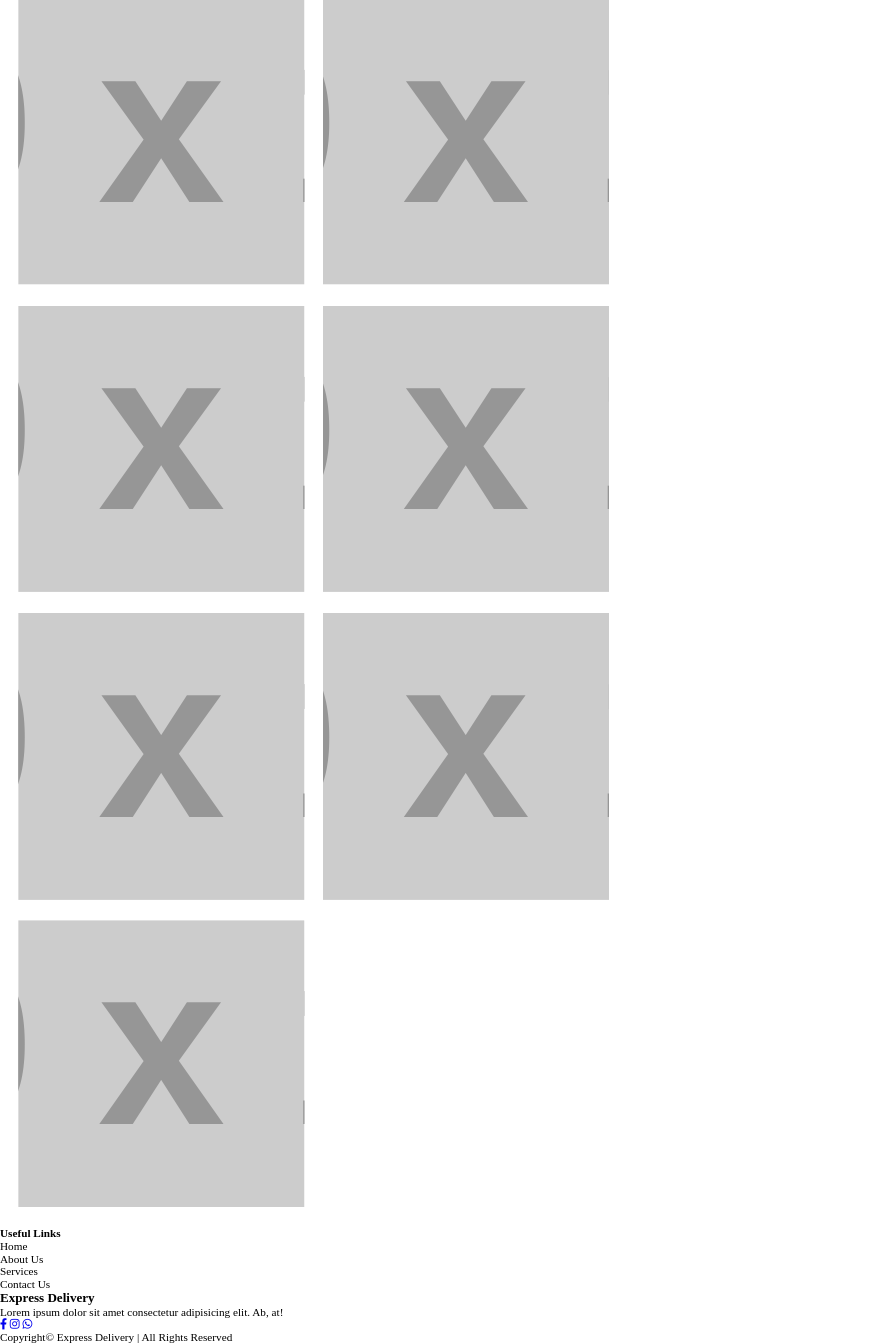
Repository: just-mann/express-delivery
Page: index.html
An editor plug-in stored every save of this project. The page is shown before and after the next save, followed by the edit.
The browser window is 1280 px wide. The pictures show the part of the page from y = 2871 to 4791 px (the page is 4791 px tall before and 4352 px after), at 70% of full size.
The style sheet was rebuilt from its Sass, Less or Tailwind sources for each picture, by a compiler version that may differ from the author's.

Above is the page before, as saved 2021-06-30 15:13:11.

After the next save:
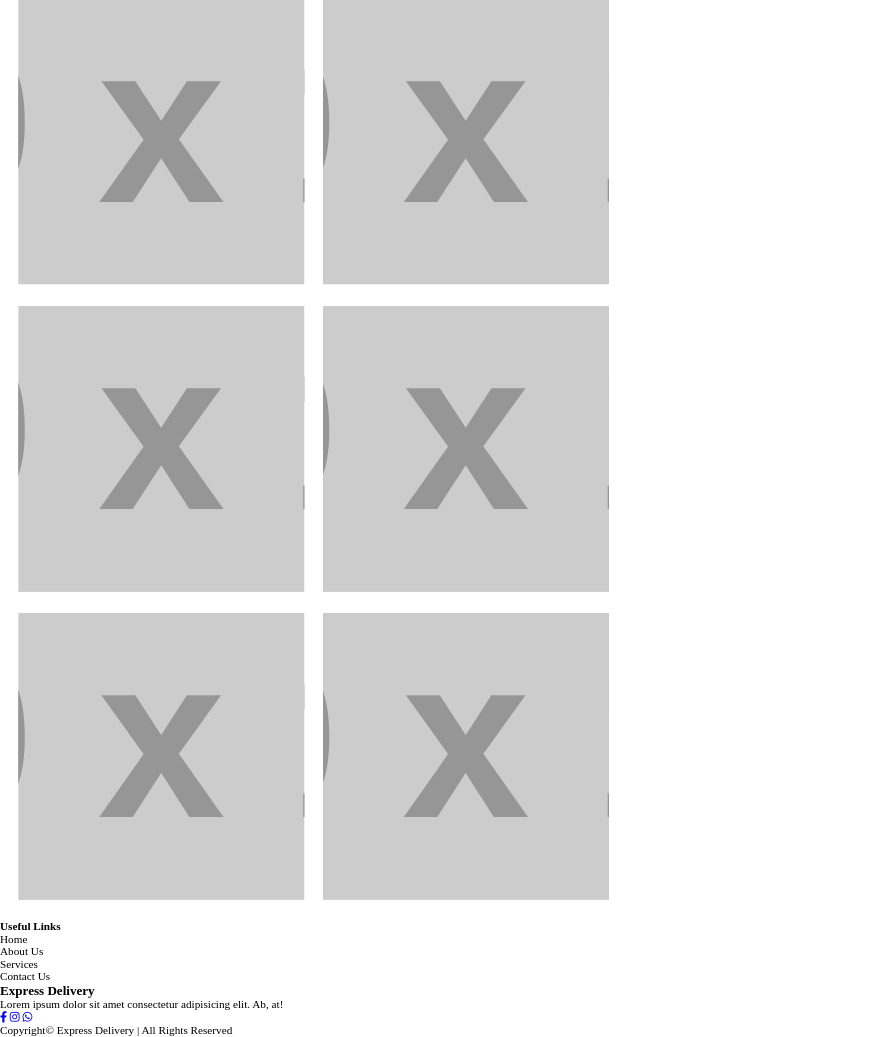
Saved 23 s later.
--- a/index.html
+++ b/index.html
@@ -125,7 +125,7 @@
             <li><img src="https://placehold.co/10x10"></li>
             <li><img src="https://placehold.co/10x10"></li>
             <li><img src="https://placehold.co/10x10"></li>
-            <li><img src="https://placehold.co/10x10"></li>
+            <!-- <li><img src="https://placehold.co/10x10"></li> -->
         </div>
     </section>
     <footer class="footer">
